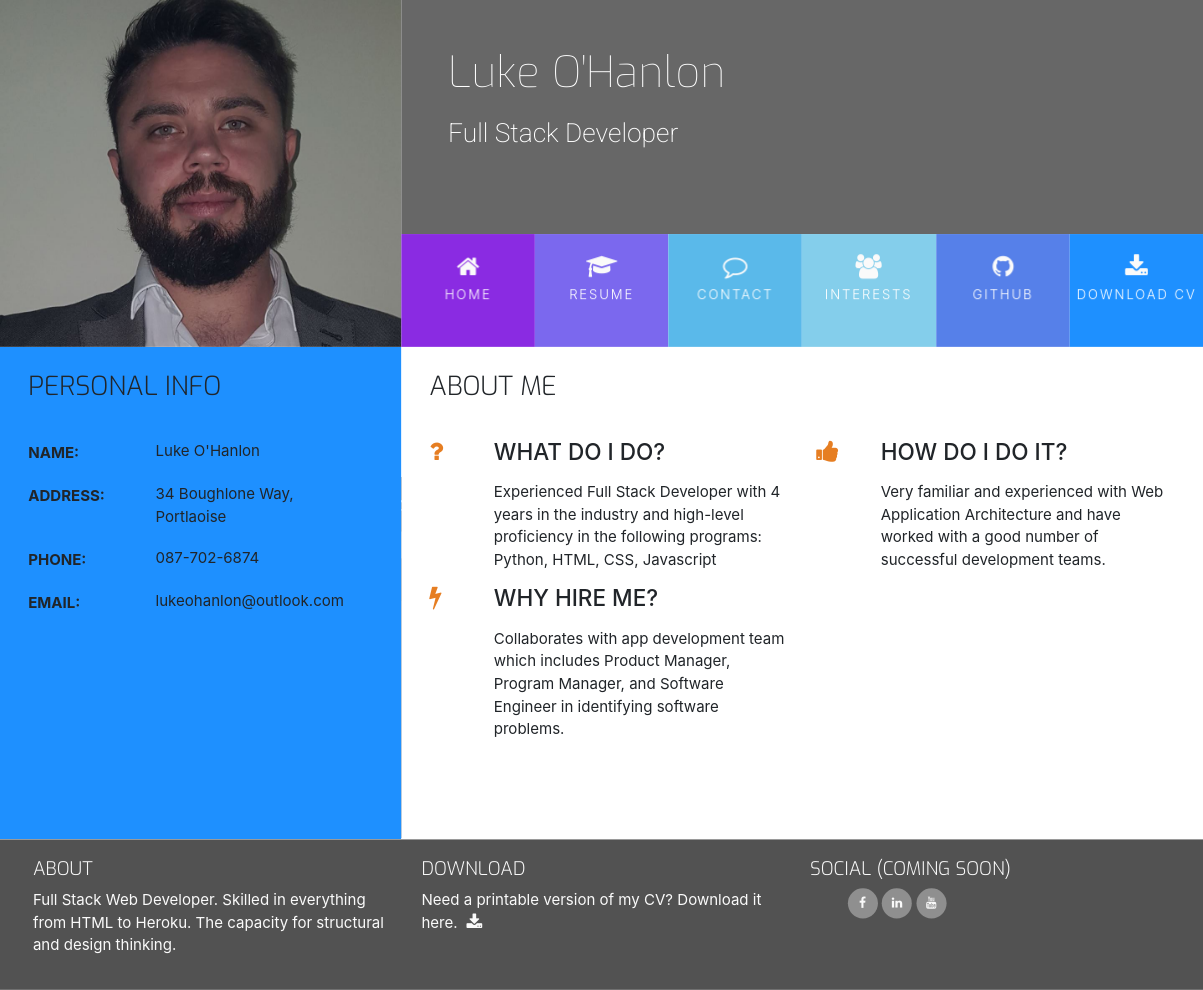
Repository: luke0han/my-resume
Page: index.html
The author's editor kept a record of every edit. The page is drawn from the files as they stood at one moment, then again after the next edit.
The browser window is 1280 px wide. The pictures show the whole page, at 94% of full size.

Above is the page before.

### index.html
<!DOCTYPE html>
<html lang="en">

<head>
    <meta charset="UTF-8">
    <meta name="viewport" content="width=device-width, initial-scale=1.0">
    <meta http-equiv="X-UA-Compatible" content="ie=edge">
    <link rel="stylesheet" href="https://stackpath.bootstrapcdn.com/bootstrap/4.3.1/css/bootstrap.min.css" type="text/css" />
    <link rel="stylesheet" href="https://stackpath.bootstrapcdn.com/font-awesome/4.7.0/css/font-awesome.min.css">
    <link href="https://fonts.googleapis.com/css?family=Lato:300,400&display=swap" rel="stylesheet">
    <link rel="stylesheet" href="https://cdnjs.cloudflare.com/ajax/libs/hover.css/2.3.1/css/hover-min.css" type="text/css" />
    <link rel="stylesheet" href="assets/css/style.css">
    <title>Luke O'Hanlon</title>
</head>

<body>
   <header>
        <div class="row no-gutters">
            <a class="col-md-4 logo" href="02-index.html"></a>
            <div class="col-md-8">
                <div class="row no-gutters bg-color-name-title">
                    <div class="col heading">
                        <h1 class="name">Luke O'Hanlon</h1>
                        <h2 class="title">Full Stack Developer</h2>
                    </div>
                </div>
                <div class="row no-gutters">
                    <div class="col">
                        <ul id="nav" class="list-inline menucontainer">
                            <li class="col-6 col-sm-2 ui-menu-color-home list-inline-item menuitem">
                                <a href="index.html" class="hvr-sweep-to-bottom"><i class="fa fa-home" aria-hidden="true"></i><span>Home</span></a>
                            </li>
                            <li class="col-6 col-sm-2 ui-menu-color-resume list-inline-item menuitem">
                                <a href="resume.html" class="hvr-sweep-to-bottom"><i class="fa fa-graduation-cap" aria-hidden="true"></i><span>Resume</span></a>
                            </li>
                            <li class="col-6 col-sm-2 ui-menu-color-contact list-inline-item menuitem">
                                <a href="contact.html" class="hvr-sweep-to-bottom"><i class="fa fa-comment-o" aria-hidden="true"></i><span>Contact</span></a>
                            </li>
                            <li class="col-6 col-sm-2 ui-menu-color-interests list-inline-item menuitem">
                                <a href="interests.html" class="hvr-sweep-to-bottom"><i class="fa fa-users" aria-hidden="true"></i><span>Interests</span></a>
                            </li>
                            <li class="col-6 col-sm-2 ui-menu-color-github list-inline-item menuitem">
                                <a href="github.html" class="hvr-sweep-to-bottom"><i class="fa fa-github" aria-hidden="true"></i><span>GitHub</span></a>
                            </li>
                            <li class="col-6 col-sm-2 ui-menu-color-download list-inline-item menuitem">
                                <a href="assets/cv/Luke O'Hanlon.pdf" target="_blank" class="hvr-sweep-to-bottom"><i class="fa fa-download" aria-hidden="true"></i><span>Download CV</span></a>
                            </li>
                        </ul>
                    </div>
                </div>
                </div>
            </div>
        </div>
    </header>

    <section class="container-fluid">
        <div class="row">
            <div class="col-md-4 bg-color-personal-info section-column">
                <div class="row">
                    <div class="col-12">
                        <h3 class="section-heading uppercase">Personal Info</h3>
                    </div>
                </div>
                <div class="personal-info-item">
                    <div class="key">
                        <p class="uppercase">
                            Name:
                        </p>
                    </div>
                    <div class="value">
                        <p>
                            Luke O'Hanlon
                        </p>

                    </div>
                </div>
                <div class="personal-info-item">
                    <div class="key">
                        <p class="uppercase">
                            Address:
                        </p>
                    </div>
                    <div class="value">
                        <p>
                            34 Boughlone Way, Portlaoise
                        </p>
                    </div>
                </div>
                <div class="personal-info-item">
                    <div class="key">
                        <p class="uppercase">
                            Phone:
                        </p>
                    </div>
                    <div class="value">
                        <p>
                            087-702-6874
                        </p>
                    </div>
                </div>
                <div class="personal-info-item">
                    <div class="key">
                        <p class="uppercase">
                            Email:
                        </p>
                    </div>
                    <div class="value">
                        <p>
                            lukeohanlon@outlook.com <br><br><br><br><br><br><br><br><br>
                        </p>
                    </div>
                </div>
            </div>
            <div class="col-md-8 bg-color-three-reasons section-column">
                <div class="row">
                    <div class="col">
                        <h3 class="section-heading uppercase">About me</h3>
                    </div>
                </div>
                <div class="row">
                    <div class="col-10 offset-1 offset-sm-0 col-sm-4 col-md-6">
                        <div class="row">
                            <div class="col-2">
                                <i class="three-reasons-icon fa fa-question" aria-hidden="true"></i>
                            </div>
                            <div class="col-10">
                                <h4 class="three-reasons-heading uppercase">What do I do?</h4>
                                <p>Experienced Full Stack Developer with 4 years in the industry and high-level proficiency in the following programs: Python, HTML, CSS, Javascript</p>
                            </div>
                        </div>
                    </div>
                    <div class="col-10 offset-1 offset-sm-0 col-sm-4 col-md-6">
                        <div class="row">
                            <div class="col-2">
                                <i class="three-reasons-icon fa fa-thumbs-up" aria-hidden="true"></i>
                            </div>
                            <div class="col-10">
                                <h4 class="three-reasons-heading uppercase">How do I do it?</h4>
                                <p>Very familiar and experienced with Web Application Architecture and have worked with a good number of successful development teams.</p>
                            </div>

                        </div>
                    </div>
                    <div class="col-10 offset-1 offset-sm-0 col-sm-4 col-md-6">
                        <div class="row">
                            <div class="col-2">
                                <i class="three-reasons-icon fa fa-bolt" aria-hidden="true"></i>
                            </div>
                            <div class="col-10">
                                <h4 class="three-reasons-heading uppercase">Why hire me?</h4>
                                <p>Collaborates with app development team which includes Product Manager, Program Manager, and Software Engineer in identifying software problems.</p>
                            </div>

                        </div>
                    </div>
                </div>
            </div>
        </div>

    </section>
    <footer class="container-fluid">
        <div id="footer-details" class="row">
            <div class="col-sm-4">
                <h5 class="uppercase general-sub">About</h5>
                <p class="inline-block">
                    Full Stack Web Developer. Skilled in everything from HTML to Heroku. The capacity for structural and design thinking.
                </p>
            </div>
            <div class="col-sm-4">
                <h5 class="uppercase general-sub">Download</h5>
                <p class="inline-block">
                    Need a printable version of my CV? Download it here.
                    <a href="assets/cv/Luke O'Hanlon.pdf" target="_blank" class="cv-pdf">
                        <i class="fa fa-download" aria-hidden="true"></i>
                        <span class="sr-only">Download link.</span>
                    </a>
                </p>
            </div>
            <div class="col-sm-4">
                <h5 class="uppercase general-sub">Social (Coming Soon)</h5>
                <ul class="list-inline-block social-links">
                    <li class="list-inline-item">
                        <a target="_blank" href="#">
                            <i class="fa fa-facebook" aria-hidden="true"></i>
                            <span class="sr-only">Facebook.</span>
                        </a>
                    </li>
                    <li class="list-inline-item">
                        <a target="_blank" href="#">
                            <i class="fa fa-linkedin" aria-hidden="true"></i>
                            <span class="sr-only">Linkedin.</span>
                        </a>
                    </li>
                    <li class="list-inline-item">
                        <a target="_blank" href="#">
                            <i class="fa fa-youtube" aria-hidden="true"></i>
                            <span class="sr-only">YouTube.</span>
                        </a>
                    </li>
                </ul>
            </div>
        </div>
    </footer>
</body>

</html>

### assets/css/style.css
@import url('https://fonts.googleapis.com/css?family=Lato:300,400|Roboto:100,200,300,400,500,600,700|Exo:100,200,300,400,500,600,700');
/*****************************************COLORS***************************************/

.bg-color-name-title {
    background-color: #676767;
}

.bg-color-three-reasons{
    background-color: #fff;
}
.ui-menu-color-home {
    background-color: #8A2BE2;
}

.ui-menu-color-resume {
    background-color: #7B68EE;
}

.ui-menu-color-contact {
    background-color: #5ab9ea;
}

.ui-menu-color-download {
    background-color: #1E90FF;
}

.bg-color-personal-info {
    background-color: #1E90FF;
}

.bg-color-work-history {
    background-color: #7B68EE;
}

.ui-menu-color-interests {
    background-color: #84ceeb;
}


.ui-menu-color-github {
    background-color: #5680e9;
}

/*****************************************Special paddings/margins/text***************************************/

h1,
h2,
h3,
h4 {
    margin: 0;
}

.uppercase {
    text-transform: uppercase;
}

.general-sub {
    font-family: "Exo", sans-serif;
    font-weight: 300;
    color: #fafafa;
}

.inline-block {
    display: inline-block;
}

.row-table {
    display: table;
}

.section-column {
    display: table-cell;
    padding: 0 30px 30px;
    float: none;
}
.history-heading,
.section-heading {
    font-family: "Exo", sans-serif;
    font-weight: 300;
    margin-top:25px;
    margin-bottom: 40px;
}

/*****************************************HEADING***************************************/

header {
    margin: 0;
}

.heading {
    margin-left: 50px;
}

.logo {
    background: url("../images/luke.jpg");
    background-position: center;
    background-repeat: no-repeat;
    background-size: cover;
    min-height: 360px;
    transition: all .5s ease-in-out;
    -moz-transition: all .5s ease-in-out;
    -webkit-transition: all .5s ease-in-out;
}

.name {
    font-family: "Exo", sans-serif;
    font-weight: 100;
    font-size: 46px;
    margin-top: 50px;
    color: #fff;
}

.title {
    font-family: "Roboto", sans-serif;
    font-weight: 200;
    font-size: 28px;
    margin-top: 20px;
    margin-bottom: 90px;
    color: #fff;
}

.list-inline-item:not(:last-child) {
    margin: 0;
}

.menucontainer {
    font-size: 0;
}

#nav {
    margin: 0;
}

#nav li {
    font-size: 14px;
    padding: 0;
}

.menuitem {
    height: 120px;
    text-align: center;
    padding: 0;
}

.menuitem a {
    width: 100%;
    text-decoration: none;
    color: #fff;
    height: 120px;
}

.menuitem a i {
    padding-top: 22px;
    display: block;
    color: #fafafa;
    font-size: 26px;
}

.menuitem span {
    display: block;
    width: 100%;
    padding-top: 5px;
    text-align: center;
    text-transform: uppercase;
    font-size: 14px;
    font-weight: 300;
    letter-spacing: 2px;
}

/*****************************************HOVER.CSS***************************************/

.hvr-sweep-to-bottom:before {
    background: rgba(0, 0, 0, 0.2);
    height: 120px;
}

/*****************************************Footer***************************************/

footer {
    background-color: #525252;
    color: #fafafa;
    min-height: 120px;
    margin: 0;
}

.cv-pdf i {
    font-size: 18px;
    color:#fafafa;
    text-align: center;
    padding-left: 5px;
    transition: all 0.35s ease-in-out;
    -moz-transition: all 0.35s ease-in-out;
    -webkit-transition: all 0.35s ease-in-out;
    -o-transition: all 0.35s ease-in-out;
}

.cv-pdf i:hover {
    color: #e84610;
}

.social-links {
    padding-bottom: 15px;
}

.social-links li a i {
    width: 32px;
    height: 32px;
    padding: 12px 0;
    border-radius: 50%;
    font-size: 13px;
    line-height: 7px;
    text-align: center;
    color:#fafafa;
    background: #8f8f8f;
    transition: all 0.35s ease-in-out;
    -moz-transition: all 0.35s ease-in-out;
    -webkit-transition: all 0.35s ease-in-out;
    -o-transition: all 0.35s ease-in-out;
}

.social-links li a i:hover {
    background-color: #e84610;
}

#footer-details {
    padding: 20px;
}

/*****************************************Three Reasons***************************************/

.three-reasons-icon {
    font-size:26px;
    color:#e67e22;
}

.three-reasons-heading {
    margin-bottom: 15px;
}

/*****************************************Personal Info***************************************/

.personal-info-item {
    margin-bottom: 20px;
    display: block;
    clear: both;
}

.personal-info-item .key,
.personal-info-item .value {
    padding-right: 8px;
    display: inline-block;
}

.personal-info-item .key p,
.personal-info-item .value p {
    margin:0;
}

.personal-info-item .key {
    width:30%;
    margin-right: 21px;
    padding-top:2px;
    vertical-align: top;
}

.personal-info-item .key p {
    font-weight: 700;
}

.personal-info-item .value {
    position: relative;
    width:60%;
}

/*****************************************Skills***************************************/

.progress {
    position: relative;
    height: 25px;
    margin-bottom: 4px;
}

.progress-type {
    position: absolute;
    left: 0px;
    font-weight: 400;
    padding: 3px 30px 2px 10px;
    color: #fafafa;
    background-color: rgba(25, 25, 25, 0.2);
}

.progress-section {
    margin: 40px 20px;
}

/*****************************************Work History***************************************/

.history-heading {
    color: #fafafa;
    margin-bottom: 50px;
}

.timeline-item {
    padding: 4em 2em 0em 2em;
    position: relative;
    color: #fafafa;
    border-left: 1px solid;
}

.timeline-item p {
    padding: 0;
    margin: 0;
}

.timeline-item:before {
    content: attr(data-dates);
    position: absolute;
    left: 2.5em;
    top: 3em;
    display: block;
    font-family: "Exo", sans-serif;
    font-weight: 500;
    font-size: 0.8em;
    padding: 0;
    margin: 0;
}

.timeline-item:after {
    width: 12px;
    height: 12px;
    display: block;
    top: 2.4em;
    position: absolute;
    left: -6px;
    border-radius: 12px;
    content: '';
    background: #fafafa;
}

.history-items {
    margin-bottom: 30px;
}

/*****************************************Contact Form***************************************/

.contact-heading {
    font-family: "Exo", sans-serif;
    font-weight: 300;
    margin-top: 25px;
    margin-bottom: 20px;
}

.center-form {
    padding-top: 10px;
    margin: 0 auto;
    max-width: 70%;
}

button[type="submit"] {
    margin-top: 15px;
    margin-bottom: 20px;
    color: #fafafa;
    background-color: #e84610;
}

#map {min-height: 360px;}

/*****************************************Media Queries***************************************/

@media(min-width: 992px) {
    .center-form {
        padding-top: 30px;
        min-height: 240px;
        margin: 0 auto;
        max-width: 50%;
    }
}

After the next edit:
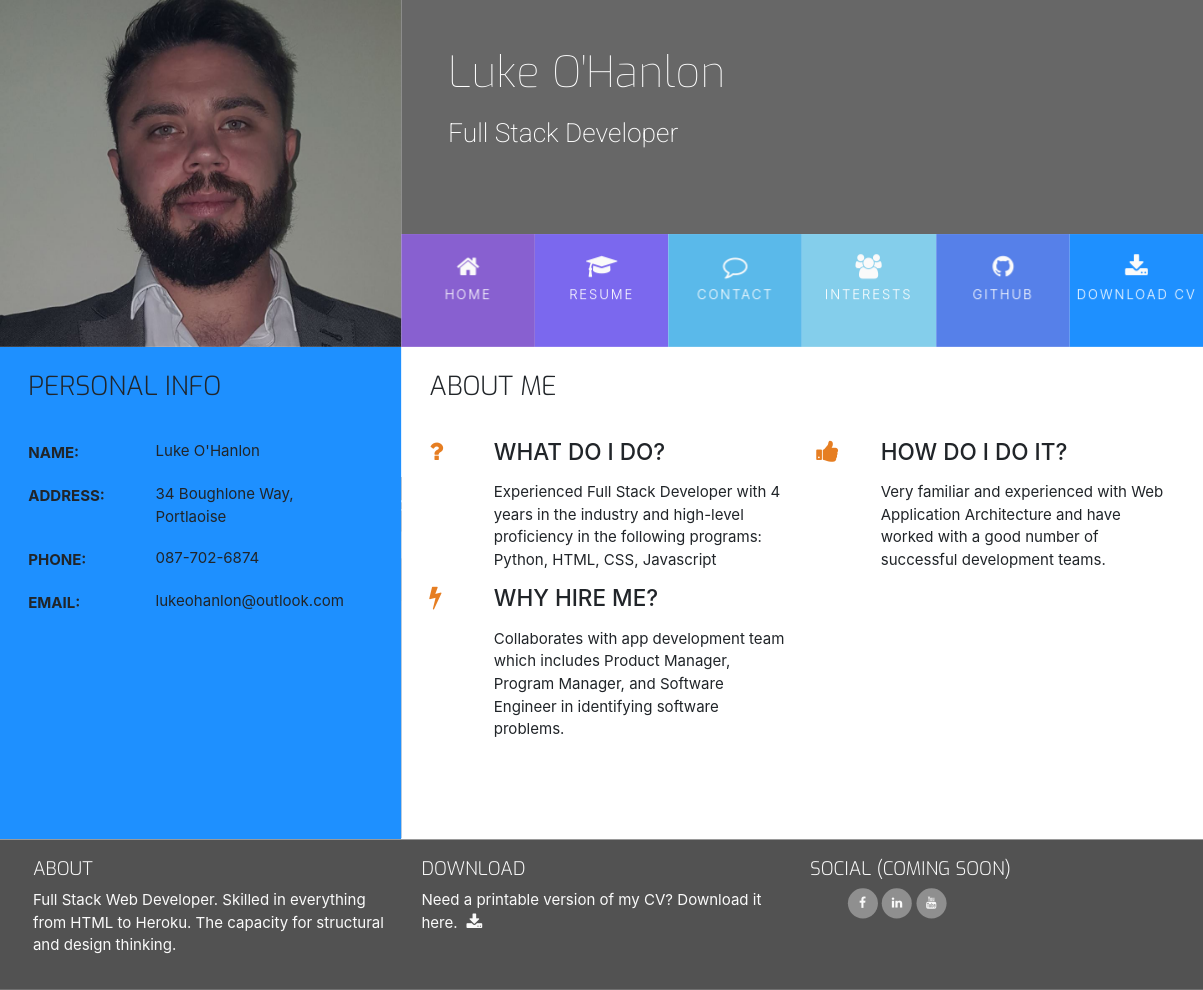
The edit:
--- a/assets/css/style.css
+++ b/assets/css/style.css
@@ -9,7 +9,7 @@
     background-color: #fff;
 }
 .ui-menu-color-home {
-    background-color: #8A2BE2;
+    background-color: #8860d0;
 }
 
 .ui-menu-color-resume {
